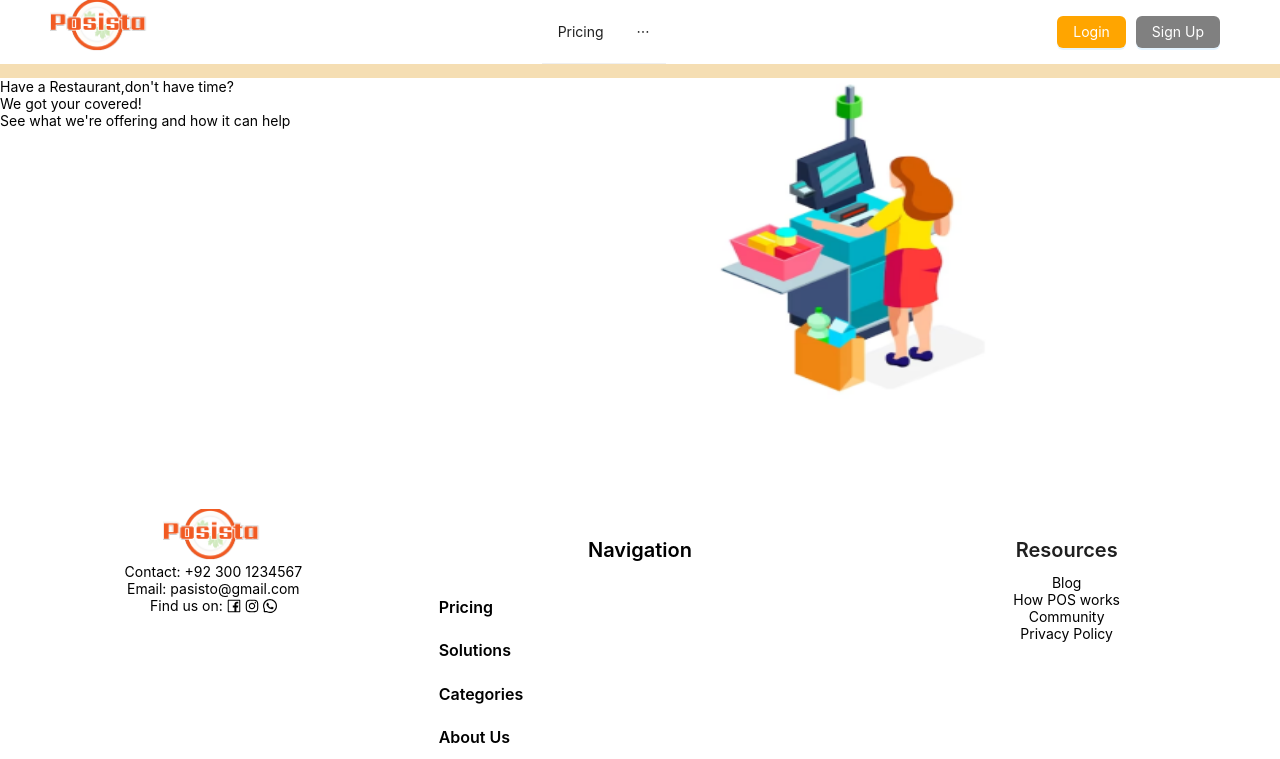
Repository: usmanarshad90/Posista
Page: / (app in test/)
The author's editor kept a copy of each file at every save. The page is drawn from the files as they stood at one save, then again after the next save.
The browser window is 1280 px wide. The pictures show the whole page.
The project was rebuilt for these pictures with package versions that can differ from the ones it lists, and the page was loaded fresh each time. Also part of the build but not shown: test/src/components/Pricing/Pricing.jsx, test/src/components/Solution/Solutions.jsx, test/src/components/About/AboutUs.jsx, test/src/components/login/login.jsx, test/src/components/signup/signup.jsx.

Above is the page before, as saved 2023-11-28 14:49:05.

### test/public/index.html
<!DOCTYPE html>
<html lang="en">
  <head>
    <meta charset="utf-8" />
    <link rel="icon" href="%PUBLIC_URL%/favicon.ico" />
    <meta name="viewport" content="width=device-width, initial-scale=1" />
    <meta name="theme-color" content="#000000" />
    <meta
      name="description"
      content="Web site created using create-react-app"
    />
    <link rel="apple-touch-icon" href="%PUBLIC_URL%/logo192.png" />

    <link rel="manifest" href="%PUBLIC_URL%/manifest.json" />

    <title>Posisto</title>
  </head>
  <body>
    <noscript>You need to enable JavaScript to run this app.</noscript>
    <div id="root"></div>



  </body>
</html>

### test/src/index.css
body {
  margin: 0;
  font-family: -apple-system, BlinkMacSystemFont, 'Segoe UI', 'Roboto', 'Oxygen',
    'Ubuntu', 'Cantarell', 'Fira Sans', 'Droid Sans', 'Helvetica Neue',
    sans-serif;
  -webkit-font-smoothing: antialiased;
  -moz-osx-font-smoothing: grayscale;
}

code {
  font-family: source-code-pro, Menlo, Monaco, Consolas, 'Courier New',
    monospace;
}
.background{
  background-image: url("./images/background.jpg")!important;

}



/* .container{
  max-width: 1000px;
  margin: auto;
  width: 100%;
  padding-inline: 1rem;
  padding-block:5rem;

} */

### test/src/App.js
import {BrowserRouter  as Router , Routes , Route} from 'react-router-dom'
import Home from './components/Home/Home';

import Pricing from './components/Pricing/Pricing';
import Solutions from './components/Solution/Solutions';
import AboutUs from './components/About/AboutUs';
import Login from './components/login/login';
import SignUp from './components/signup/signup';


function App() {
  return (
    <Router>
    {/* if i can do it like this all pages come on the header */}

      <Routes>

        {/* if i can do it like this header individually come on the each page*/}

        <Route path="/" element={< Home/>} />
        <Route path="/login" element={<Login/>}/>
        <Route path="/signup" element={<SignUp/>} />

        <Route path="/pricing" element={< Pricing/>} />
        <Route path="/solution" element={< Solutions/>} />
        <Route path="/about" element={<AboutUs/>} />

        </Routes>
        {/* for footer i can call here */}

        </Router>
  );
}

export default App;

### test/src/components/Home/Home.jsx
import React from 'react'
import PageHeader from '../PageHeader/PageHeader'
import HeroSection from '../HeroSection/HeroSection'
import PageFooter from '../Footer/Footer'

const Home = () => {
  return (
    <>
    <PageHeader/>
    <HeroSection/>



    <PageFooter/>

    </>
  )
}

export default Home

### test/src/components/PageHeader/PageHeader.jsx
import React from 'react'
import { Layout, Menu, Button, Row, Col } from 'antd';
import { Link } from 'react-router-dom';
import logoimage from '../../images/posistologo.png'
import {HomeOutlined, UserOutlined,SettingOutlined,} from '@ant-design/icons';

const { Header } = Layout;
const PageHeader = () => {
  return (
    <Row>
      <Col lg={24} xl={24} md={12} xs={4} >
    <Layout className="layout">
    <Header style={{ display: 'flex', justifyContent: 'space-between' ,backgroundColor: 'white' }}>
      <div className="logo" >

      <Link to={'/'}><img src={logoimage} alt="" width="100px"  /></Link>
        </div>
      <Menu  mode="horizontal" style={ {color:'black',backgroundColor: 'transparent'}} >
        <Link to={'/pricing'} ><Menu.Item key="1" >Pricing</Menu.Item></Link>


        <Link to={'/solution'} ><Menu.Item key="2" >Solutions</Menu.Item></Link>

        <Link to={'/about'} ><Menu.Item key="3" >About Us</Menu.Item></Link>
      </Menu>

      <div>

        <Link to="/login"><Button type="primary" style={{ marginRight: '10px', backgroundColor: 'orange' }}>Login</Button>
        </Link>
        <Link to="/signup"><Button type="primary" style={{ marginRight: '10px', backgroundColor: 'grey' }}>Sign Up</Button></Link>
      </div>




    </Header>
  </Layout>
  </Col>
  </Row>
  )
}

export default PageHeader;

### test/src/components/HeroSection/HeroSection.jsx
import React from 'react'
import { Row,Col,Image,Divider} from 'antd';

import image from '../../images/design.png'

const HeroSection = () => {




      const DemoBox = (props) => <p className={`height-${props.value}`}>{props.children}</p>;
  return (
    <>
    <Row  >
      <Col  lg={{ span:24, order: 1 }} md={24} xs={24} xl={24} xxl={24}  style={{background:'wheat'}}>
      <DemoBox value={'100%'}> </DemoBox>
        </Col>

    <Col lg={{ span: 12, order: 2 }} md={8} xs={4} xl={12}>

    <div   >

         Have a Restaurant,don't have time? <br />
         We got your covered! <br/>

         <div   >See what we're offering and how it can help <br />


         </div>
    </div>
    </Col>
    <Col lg={{ span: 12, order: 3 }}md={8} xs={4} xl={12}>
    <Image width={'70%'} preview={false} height={'90%'} src={image} alt="#" />

    </Col>
   </Row>
   </>
  )
}

export default HeroSection

### test/src/components/Footer/Footer.jsx
import React from 'react';
import { Layout, Menu, Row, Col, Typography } from 'antd';
import { Link } from 'react-router-dom';
import logoimage from '../../images/posistologo.png';
import { FacebookOutlined, InstagramOutlined, WhatsAppOutlined } from '@ant-design/icons';

const Footer = () => {
  const style = {
    padding: '12px',
    textAlign: 'center', // Center text within each column
    color:'black',
  };

  return (
    <Row>
      <Col lg={{ span: 8, order: 1 }} md={6} xs={4} xl={8} xxl={8} style={style}>
        <div className="logo">
          <Link to={'/'}>
            <img src={logoimage} alt="" width="100px" />
          </Link>
        </div>
        <div>Contact: +92 300 1234567</div>
        <div>Email: pasisto@gmail.com</div>
        <div>
          Find us on: <FacebookOutlined /> <InstagramOutlined /> <WhatsAppOutlined />
        </div>
      </Col>

      <Col lg={{ span: 8, order: 1 }} md={6} xs={4} xl={8} xxl={8} >
        <Typography.Title level={4} style={style}>Navigation </Typography.Title>
        <Typography.Title level={5}>
          <Link to={'/pricing'} style={style} >
            Pricing
          </Link>{' '}
        </Typography.Title>
        <Typography.Title level={5}>
          <Link to={'/solution'} style={style}>
            Solutions
          </Link>
        </Typography.Title>
        <Typography.Title level={5}>
          <Link to={'/about'} style={style}>
            Categories
          </Link>
        </Typography.Title>
        <Typography.Title level={5}>
          <Link to={'/about'} style={style}>
            About Us
          </Link>
        </Typography.Title>
      </Col>

      <Col lg={{ span: 8, order: 1 }} md={6} xs={4} xl={8} xxl={8} style={style}>
        <Typography.Title level={4}>Resources</Typography.Title>
        <div>Blog</div>
        <div>How POS works</div>
        <div>Community</div>
        <div>Privacy Policy</div>
      </Col>
    </Row>
  );
};

export default Footer;

Loaded but not shown: test/src/index.js (common file)

After the next save:
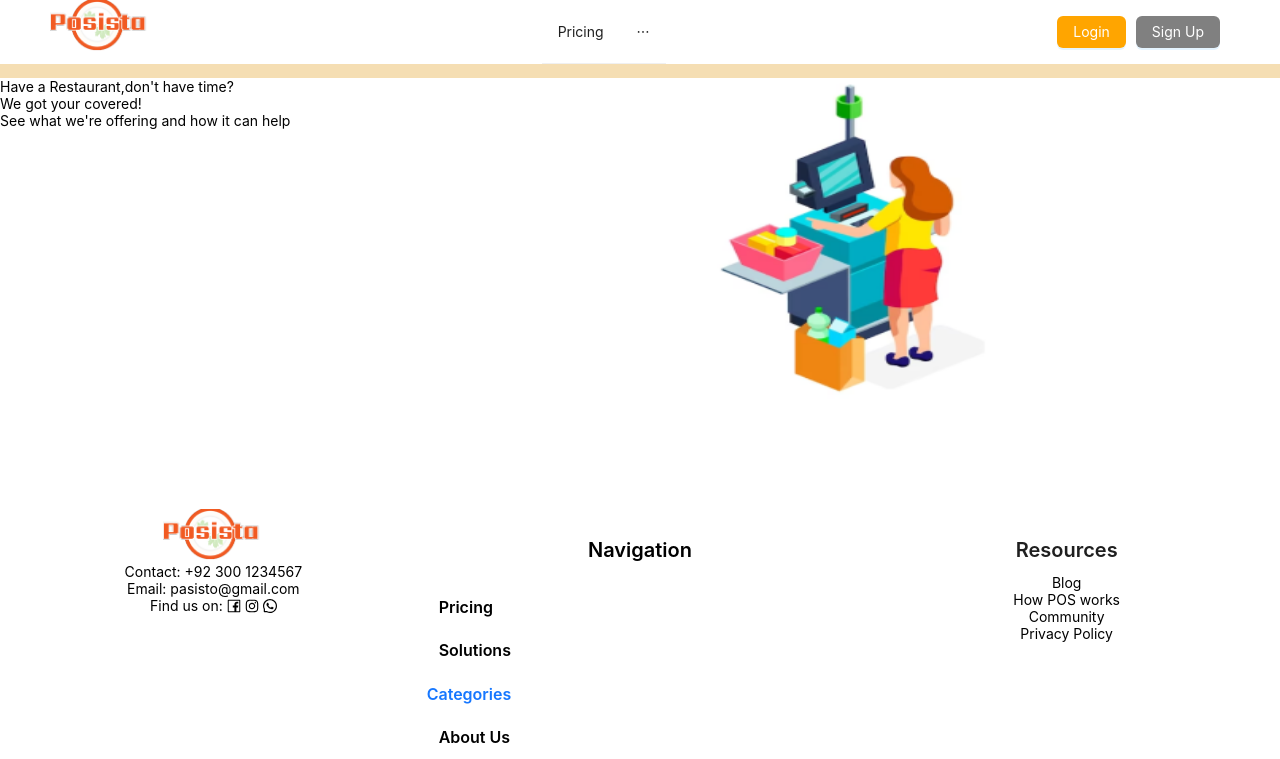
Saved 36 s later.
--- a/test/src/components/Footer/Footer.jsx
+++ b/test/src/components/Footer/Footer.jsx
@@ -39,7 +39,7 @@ const Footer = () => {
           </Link>
         </Typography.Title>
         <Typography.Title level={5}>
-          <Link to={'/about'} style={style}>
+          <Link to={'/about'} >
             Categories
           </Link>
         </Typography.Title>
